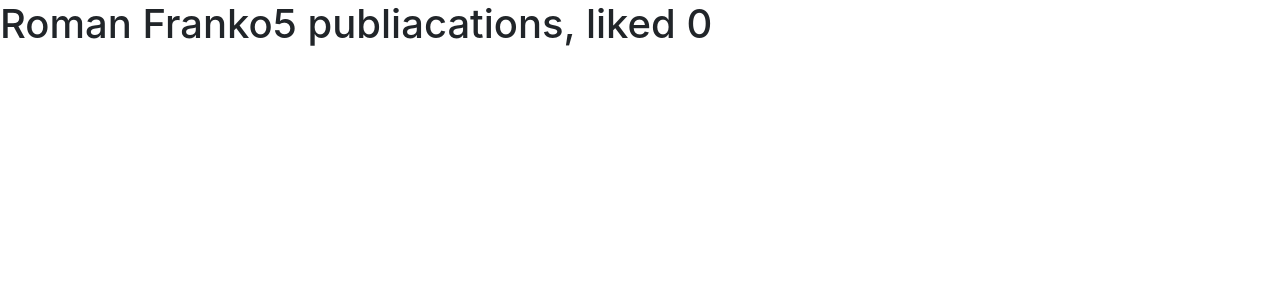
Repository: RomanFPL/Like-twiter
Page: /
These files come from the project's save history. The page is drawn as it stood at one moment and after a run of saves; the edit follows.
The browser window is 1280 px wide. The pictures show the whole page.
The project was rebuilt for these pictures with package versions that can differ from the ones it lists, and the page was loaded fresh each time.

Above is the page before, as saved 2021-03-22 22:44:28.

After the next 2 saves:
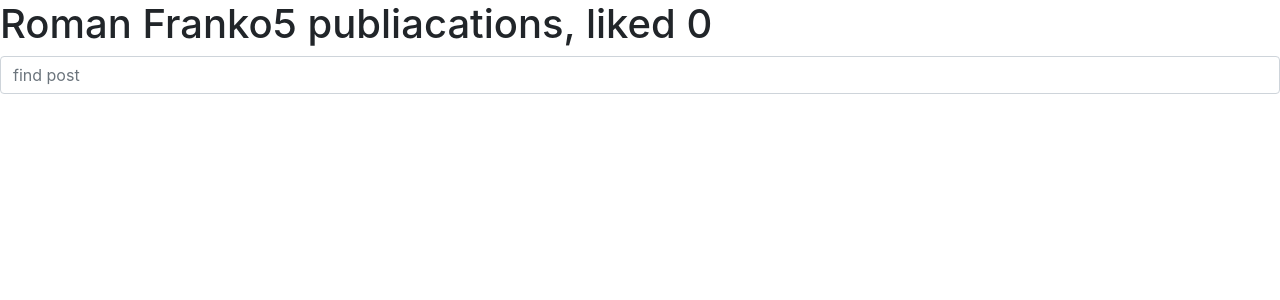
The 2 saves are shown as one change because 1 did not build or start.
The last was saved 87 s later.
--- a/src/components/app/app.js
+++ b/src/components/app/app.js
@@ -4,7 +4,14 @@ import AppHeader from '../app-header';
 import SearchPanel from '../search-panel';
 
 const App = () => {
-    return (<AppHeader/>)
+    return (
+    <div className="app">
+            <AppHeader/>
+            <div className="search-panel d-flex">
+                <SearchPanel/>
+            </div>
+    </div>
+    )
 }
 
 export default App;
